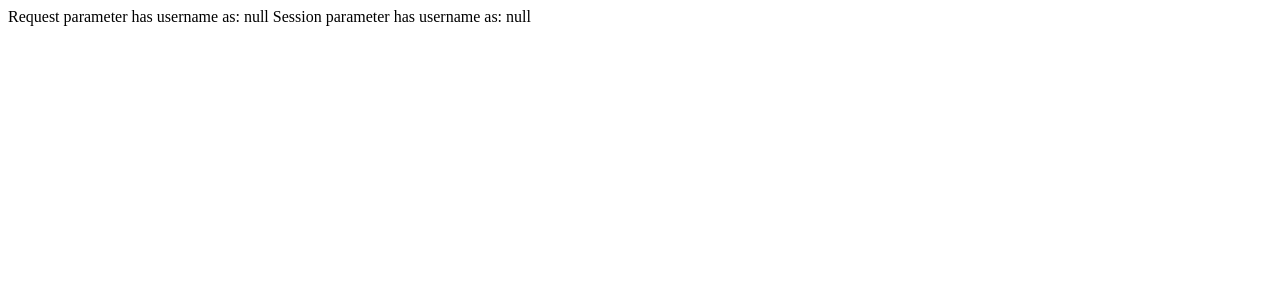
Repository: Seattle-Community-Android-Development/CodeBlog
Page: http://localhost/SimpleServletProject/SimpleServlet
These files come from the project's save history. The page is drawn as it stood at one moment and after the next save; the edit follows.
The browser window is 1280 px wide. The pictures show the whole page.
The page is served by Tomcat 9. Other server files are loaded and not shown.

Above is the page before, as saved 2013-09-07 20:55:22.

### workspace/SimpleServletProject/src/org/koushik/javabrains/SimpleServlet.java
package org.koushik.javabrains;

import java.io.IOException;
import java.io.PrintWriter;

import javax.servlet.ServletException;
import javax.servlet.annotation.WebServlet;
import javax.servlet.http.HttpServlet;
import javax.servlet.http.HttpServletRequest;
import javax.servlet.http.HttpServletResponse;
import javax.servlet.http.HttpSession;

/**
 * Servlet implementation class SimpleServlet
 */
@WebServlet(description = "A simple servlet", urlPatterns = { "/SimpleServlet" })
public class SimpleServlet extends HttpServlet {
	private static final long serialVersionUID = 1L;

	private static final String SESSION_PARAMETER_USER_NAME = "USER_NAME";

	/**
	 * @see HttpServlet#doGet(HttpServletRequest request, HttpServletResponse
	 *      response)
	 */
	protected void doGet(final HttpServletRequest request,
			final HttpServletResponse response) throws ServletException,
			IOException {

		response.setContentType("text/html");

		final String userName = request.getParameter("userName");

		final HttpSession session = request.getSession();

		if (userName != null && !userName.isEmpty()) {
			session.setAttribute(SESSION_PARAMETER_USER_NAME, userName);
		}

		final PrintWriter writer = response.getWriter();
		writer.println("Request parameter has username as: " + userName);
		writer.println("Session parameter has username as: "
				+ (String) session.getAttribute(SESSION_PARAMETER_USER_NAME));
	}
}

After the next save:
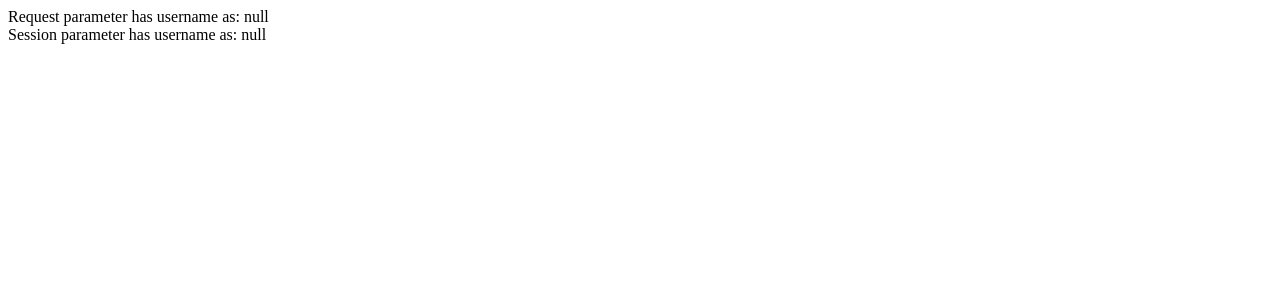
Saved 2 h 48 min later.
--- a/workspace/SimpleServletProject/src/org/koushik/javabrains/SimpleServlet.java
+++ b/workspace/SimpleServletProject/src/org/koushik/javabrains/SimpleServlet.java
@@ -39,7 +39,7 @@ public class SimpleServlet extends HttpServlet {
 
 		final PrintWriter writer = response.getWriter();
 		writer.println("Request parameter has username as: " + userName);
-		writer.println("Session parameter has username as: "
+		writer.println("<br>Session parameter has username as: "
 				+ (String) session.getAttribute(SESSION_PARAMETER_USER_NAME));
 	}
 }
